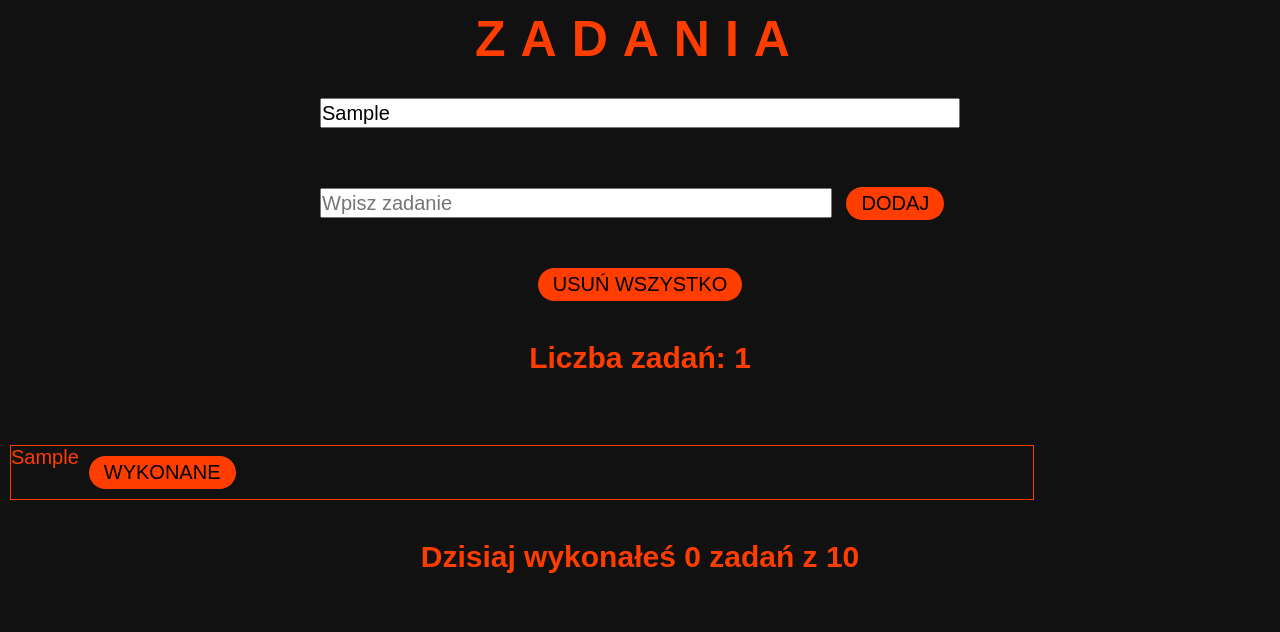
Repository: RobertDsr/To-Do-List
Page: index.html
These files come from the project's save history. The page is drawn as it stood at one moment and after the next save; the edit follows.
The browser window is 1280 px wide. The pictures show the whole page.
Empty fields were first filled with sample values (such as "Sample", 5 or name@example.com).
After loading, the first visible `form.add-task` was submitted once.
The style sheet was rebuilt from its Sass, Less or Tailwind sources for each picture, by a compiler version that may differ from the author's.

Above is the page before, as saved 2022-01-14 14:16:11.

### index.html
<!DOCTYPE html>
<html lang="en">

<head>
    <meta charset="UTF-8">
    <meta http-equiv="X-UA-Compatible" content="IE=edge">
    <meta name="viewport" content="width=device-width, initial-scale=1.0">
    <title>To Do List</title>
    <link rel="stylesheet" href="css/style.min.css">
</head>

<body>
    <section class="main-wrapper">
        <h1 class="title">ZADANIA</h1>
        <input class="search" type="text" placeholder="Wpisz szukane słowo">
        <form class="add-task" action="">
            <input class="add-task__input" type="text" placeholder="Wpisz zadanie">
            <button class="btn btn--small">DODAJ</button>
        </form>
        <button class="btn btn--large">USUŃ WSZYSTKO</button>
        <h2 class="title-count-task">Liczba zadań: <span class="count-task">0</span></h2>
            <ul class="list">

            </ul>
        <h2 class="title-count-task">Dzisiaj wykonałeś <span class="count-task">0</span> zadań z <span
                class="count-task">10</span></h2>
    </section>

    <script src="/js/main.js"></script>
</body>

</html>

### js/main.js

const toDoList = [];

const input = document.querySelector('.search');
const ul = document.querySelector('.list');
const liElements = document.getElementsByClassName('list__item');
const form = document.querySelector('.add-task');
const taskNumber = document.querySelector('.count-task');
const inputAddTask = document.querySelector('.add-task__input');
const li = document.querySelectorAll('.list__item');

// Wyszukiwarka
const searchTask = (e) => {
    const searchTekst = e.target.value.toLowerCase();
    let tasks = [...liElements];
    tasks = tasks.filter(li => li.textContent.toLowerCase().includes(searchTekst));
    ul.textContent = "";
    tasks.forEach(li => ul.appendChild(li));
}

input.addEventListener('input', searchTask);

// Usuwanie elementów z listy
const removeTask = (e) => {
    e.target.parentNode.remove();
    const index = e.target.parentNode.dataset.key;
    // console.log(index);
    // document.querySelector(`li[data-key="${index}"]`).remove();
    // document.querySelector(`button[data-key="${index}"]`).remove();

    toDoList.splice(index, 1);

    renderList();

    taskNumber.textContent = liElements.length;
}




// Dodawanie elementów listy

const addTask = (e) => {
    e.preventDefault();
    const titleTask = inputAddTask.value;
    if(titleTask === "") return;
    const taskElements = document.createElement('li');
    taskElements.className = 'list__item';
    taskElements.innerHTML = titleTask + '<button class="btn btn--medium">WYKONANE</button>';
    toDoList.push(taskElements);
    ul.textContent = "";
    renderList();
    ul.appendChild(taskElements);

    inputAddTask.value = "";

    taskNumber.textContent = liElements.length;

    taskElements.querySelector('.btn--medium ').addEventListener('click', removeTask);
}

const renderList = () => {
    toDoList.forEach(( toDoElement, key) => {
        toDoElement.dataset.key = key;
        ul.appendChild(toDoElement);
    })
}

form.addEventListener('submit', addTask);

### sass/style.scss
@import "variables";
@import "reset";
@import "base";
@import "main";

### sass/_variables.scss
:root {
    --bg-main-color: rgb(17, 17, 17);
    --font-main-color: rgb(255, 61, 0);
    --btn-bg-color: rgb(255, 61, 0);
}

### sass/_base.scss
body {
    background-color: var(--bg-main-color);
    font-family: Arial, Helvetica, sans-serif;
    color: var(--font-main-color);
}

button {
    background-color: var(--btn-bg-color);
    border: none;
    margin: 10px;
    padding: 5px 15px;
    border-radius: 2em;
    font-size: 20px;
    cursor: pointer;
}

### sass/_main.scss
.main-wrapper {
    display: flex;
    flex-direction: column;
}

.title {
    margin: 10px;
    text-align: center;
    font-size: 50px;
    letter-spacing: 0.3em;
}

.search {
    margin: 20px auto;
    min-height: 30px;
    min-width: 50%;
    font-size: 20px;
}

.add-task {
    margin: 20px auto;
    min-width: 50%;
}

.add-task__input {
    margin: 20px auto;
    min-height: 30px;
    min-width: 80%;
    font-size: 20px;
}

.btn--large {
    margin: 10px auto;
}

.btn--medium {
    align-self: flex-end;
}

.title-count-task {
    margin: 30px 30px 60px;
    text-align: center;
    font-size: 30px;
}

.list {
    display: flex;
    flex-wrap: wrap;
}

.list__item {
    display: flex;
    flex-basis: 80%;
    font-size: 20px;
    margin: 10px;
    padding: 10px 0 10px 10;
    border: 1px solid ;
}

Loaded but not shown: sass/_reset.scss (common file)

After the next save:
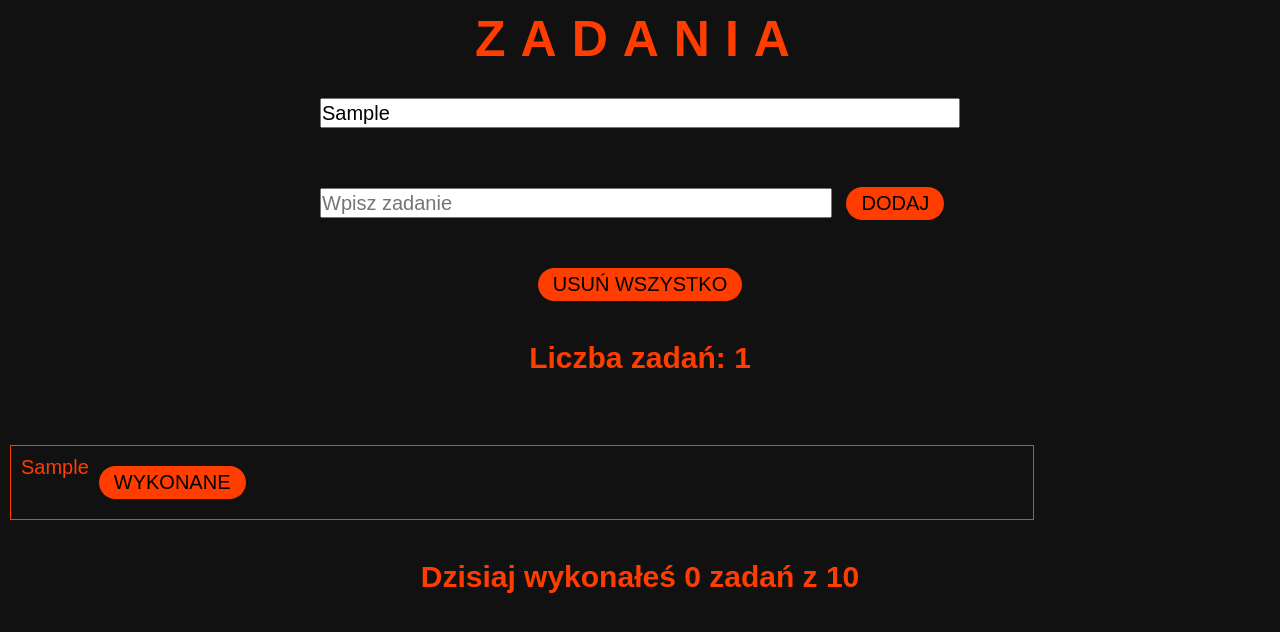
Saved 5 s later.
--- a/sass/_main.scss
+++ b/sass/_main.scss
@@ -53,6 +53,6 @@
     flex-basis: 80%;
     font-size: 20px;
     margin: 10px;
-    padding: 10px 0 10px 10;
+    padding: 10px 0 10px 10px;
     border: 1px solid ;
 }
